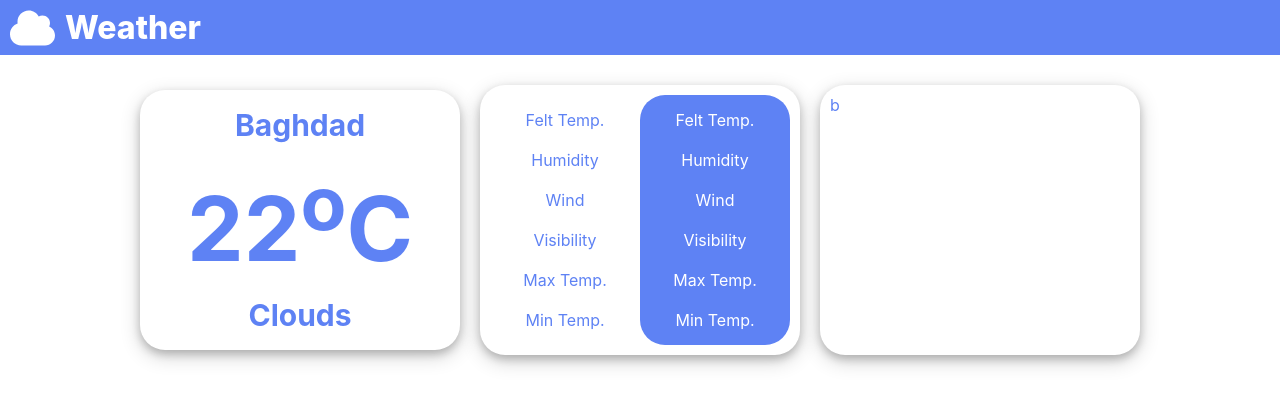
Repository: ahmedazawi/weather-app
Page: /
The author's editor kept a copy of each file at every save. The page is drawn from the files as they stood at one save, then again after a run of saves.
The browser window is 1280 px wide. The pictures show the whole page.
The page's requests for data from a server got no answer. The project was rebuilt for these pictures with package versions that can differ from the ones it lists, and the page was loaded fresh each time. No one was signed in, and anything a server would have sent is missing.

Above is the page before, as saved 2022-11-30 10:02:30.

### src/App.js
import React, { useStete } from "react";
import "./App.css";
import Header from "./layout/Header";
import Details from "./components/Details";

import Store from "./assets/data/Store";
function App() {
  return (
    <div className="App">
      <Header />
      <Store>
        <Details />
      </Store>
    </div>
  );
}

export default App;

### src/App.css
body {
  --primaryColor: #5e82f4;
  --borderRadius: 25px;
}

.nav {
  display: flex;
  align-items: center;
  height: 55px;
  background-color: var(--primaryColor);
}

### src/layout/Header.js
import React from "react";
import { FontAwesomeIcon } from "@fortawesome/react-fontawesome";
import { faCloud } from "@fortawesome/free-solid-svg-icons";
const Header = () => {
  return (
    <div className="nav">
      <div>
        <FontAwesomeIcon
          className="f-icon"
          icon={faCloud}
          color="White"
          style={{ marginLeft: "10px", fontSize: "40px" }}
        />
      </div>

      <h1 style={{ color: "white", marginLeft: "10px", fontWeight: "800" }}>
        Weather
      </h1>
    </div>
  );
};

export default Header;

### src/components/Details.js
import React, { useContext, useEffect } from "react";
import "../assets/css/details.css";
import { ContextApi } from "../assets/data/ContextApi";

const Details = () => {
  const [data, setData] = useContext(ContextApi);

  useEffect(() => {
    console.log(data.location);
  }, [data]);
  return (
    <div className="main">
      <div className="big-cards">
        <div>
          <div>Baghdad</div>
          <div
            style={{
              fontSize: "90px",
            }}
          >
            22<sup>o</sup>C
          </div>
          <div>Clouds</div>
        </div>
        <div>
          <div className="line-a">
            <span>Felt Temp.</span>
            <span>Humidity</span>
            <span>Wind</span>
            <span>Visibility</span>
            <span>Max Temp.</span>
            <span>Min Temp.</span>
          </div>
          <div className="line-b">
            <span>Felt Temp.</span>
            <span>Humidity</span>
            <span>Wind</span>
            <span>Visibility</span>
            <span>Max Temp.</span>
            <span>Min Temp.</span>
          </div>
        </div>
        <div>b</div>
      </div>
    </div>
  );
};

export default Details;

### src/assets/data/Store.js
import React, { useState, useEffect } from "react";
import { ContextApi } from "./ContextApi";
import axios from "axios";
function Store({ children }) {
  const [weather, setWeather] = useState([]);
  useEffect(() => {
    // const config = {
    //   headers: {
    //     "x-rapidapi-host": "weatherbit-v1-mashape.p.rapidapi.com",
    //     "x-rapidapi-key": "863b7c6b72msh78facda9cbf0e03p10660djsn19089c27c69a",
    //   },
    // };

    axios
      .get(
        "http://api.weatherstack.com/current?access_key=0cc020322dc4a326ce80700688e78e9f&query=Baghdad"
        // config
      )
      .then((res) => {
        setWeather(res.data);
      })
      .catch((error) => {
        console.log(error);
      });
  }, []);
  return (
    <ContextApi.Provider value={[weather, setWeather]}>
      {children}
    </ContextApi.Provider>
  );
}
export default Store;

### src/assets/css/details.css
.main {
  width: 100%;
  display: flex;
  flex-direction: column;
}

.big-cards {
  width: 100%;
  min-height: fit-content;
  display: flex;
  flex-direction: row;
  flex-wrap: wrap;
  gap: 20px;
  align-items: center;
  justify-content: center;
  margin-top: 30px;
  color: var(--primaryColor);
}
.big-cards > div {
  width: 300px;
  height: 250px;
  background-color: white;
  padding: 10px;
  border-radius: var(--borderRadius);
  box-shadow: 0 4px 8px 0 rgba(0, 0, 0, 0.2), 0 6px 20px 0 rgba(0, 0, 0, 0.19);
}
.big-cards > div:first-child {
  display: flex;
  flex-direction: column;
  align-items: center;
  height: 100%;
}
.big-cards > div:first-child > div {
  font-size: 30px;
  font-weight: bold;
  margin: 7px 0;
}
.big-cards > div:nth-child(2) {
  display: flex;
  flex-direction: row;
  justify-content: space-between;
}
.big-cards > div:nth-child(2) > div {
  display: flex;
  flex-direction: column;
  align-items: center;
  justify-content: center;
  width: 50%;
}
.big-cards > div:nth-child(2) > div > span {
  margin: 10px 0;
}

.line-b {
  color: white;
  background-color: var(--primaryColor);
  border-radius: var(--borderRadius);
}

### src/assets/data/ContextApi.js
import { createContext } from "react";
export const ContextApi = createContext([]);

Loaded but not shown: public/index.html (common file); src/index.js (common file); src/index.css (common file)

After the next 2 saves:
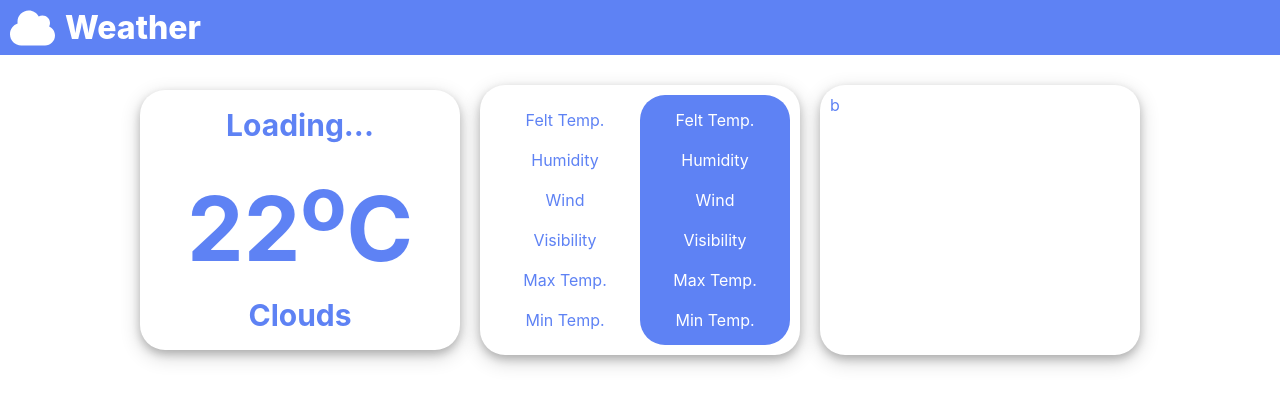
The 2 saves are shown as one change because 1 did not build or start.
The last was saved 2 min 43 s later.
--- a/src/components/Details.js
+++ b/src/components/Details.js
@@ -12,7 +12,7 @@ const Details = () => {
     <div className="main">
       <div className="big-cards">
         <div>
-          <div>Baghdad</div>
+          <div>{data.location ? data.location.name : "Loading..."}</div>
           <div
             style={{
               fontSize: "90px",
